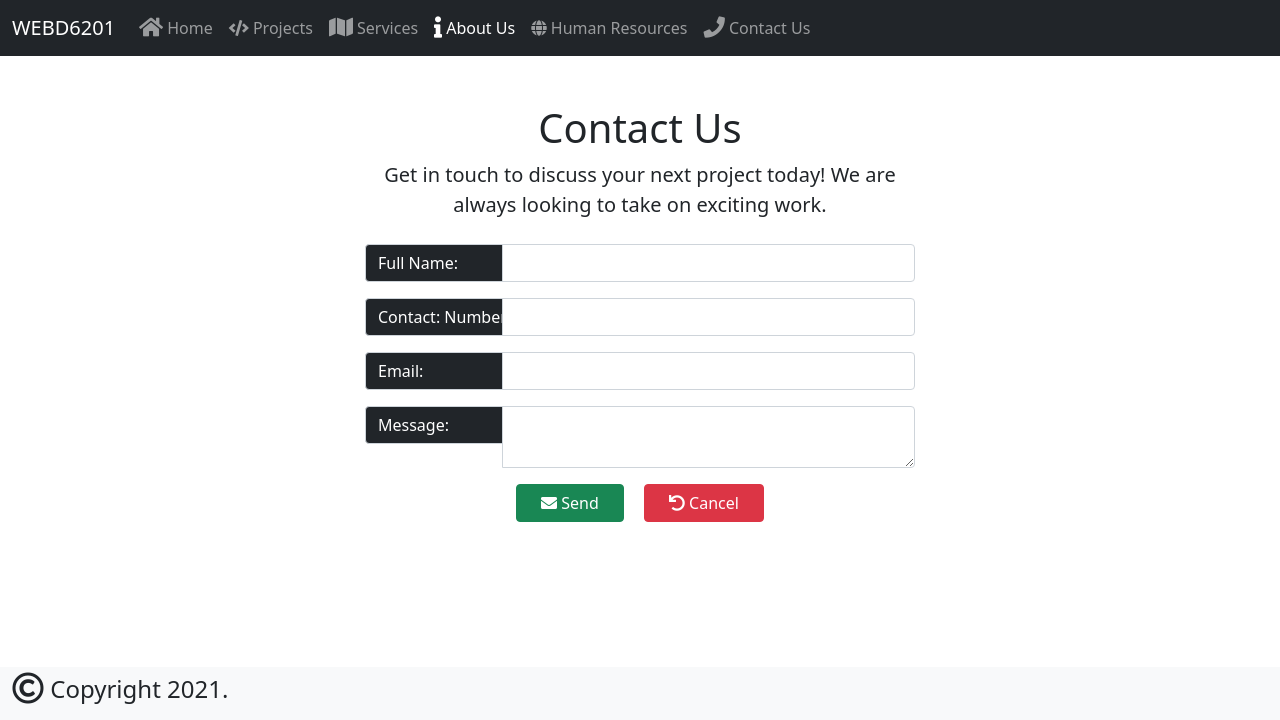
Repository: alto4/Lab-2-Nick-Scott-WEBD6201
Page: contact.html
These files come from the project's save history. The page is drawn as it stood at one moment and after a run of saves; the edit follows.
The browser window is 1280 px wide. The pictures show the whole page.

Above is the page before, as saved 2021-02-01 11:37:55.

After the next 2 saves:
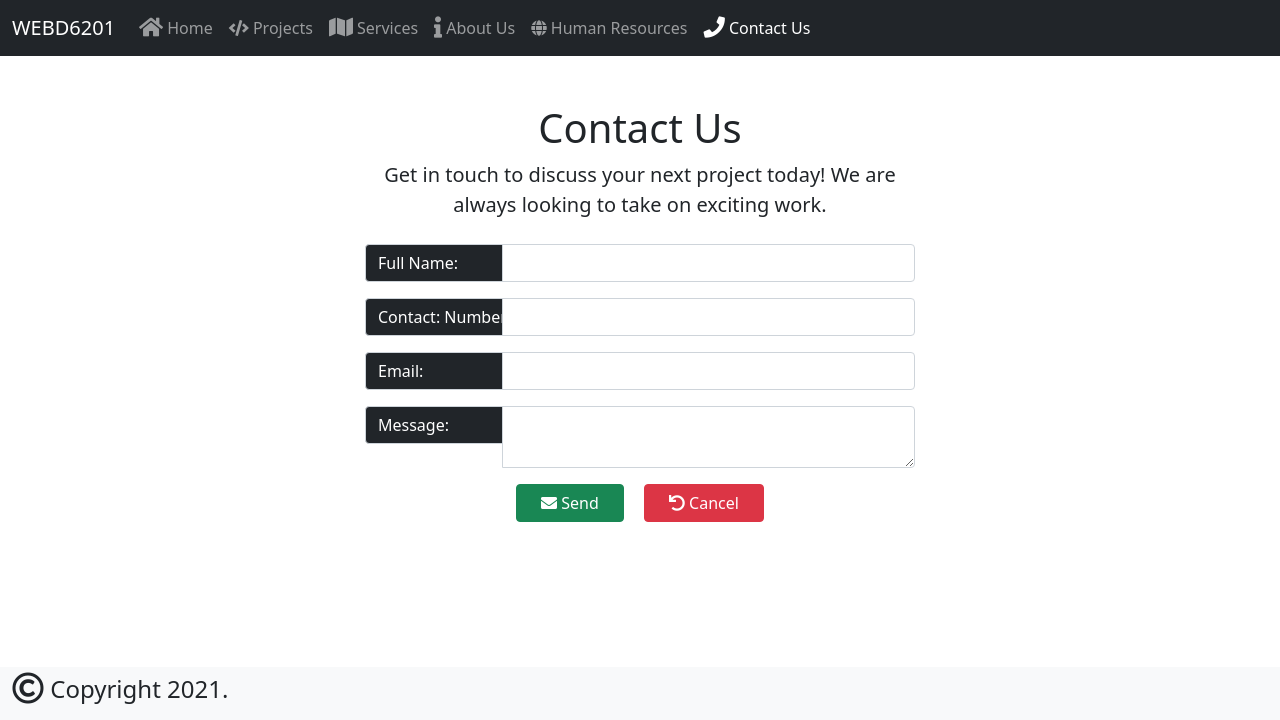
The 2 saves are shown as one change because they came seconds apart.
The last was saved 14 s later.
--- a/contact.html
+++ b/contact.html
@@ -37,12 +37,12 @@
             </li>
 
             <li class="nav-item">
-              <a class="nav-link active" aria-current="page" href="about.html"><i class="fas fa-info fa-lg"></i> About
+              <a class="nav-link" aria-current="page" href="about.html"><i class="fas fa-info fa-lg"></i> About
                 Us</a>
             </li>
 
             <li class="nav-item">
-              <a class="nav-link" aria-current="page" href="contact.html"><i class="fas fa-phone fa-lg"></i> Contact
+              <a class="nav-link active" aria-current="page" href="contact.html"><i class="fas fa-phone fa-lg"></i> Contact
                 Us</a>
             </li>
           </ul>
